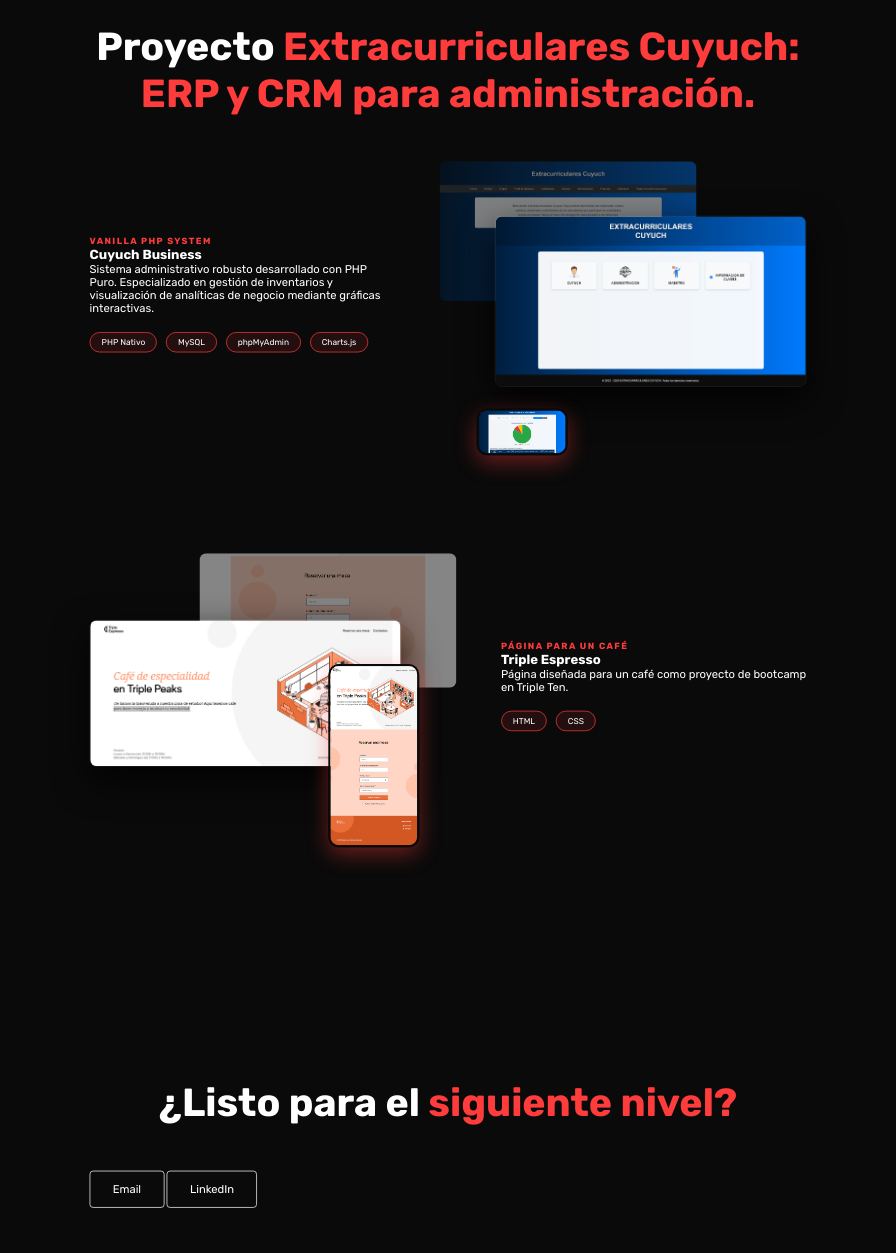
Repository: hercules830/Mi-portfolio-profesional
Page: index.html
The author's editor kept a copy of each file at every save. The page is drawn from the files as they stood at one save, then again after the next save.
The browser window is 1280 px wide. The pictures show the part of the page from y = 2148 to 4068 px (the page is 3938 px tall before and 4068 px after), at 70% of full size.
Some web fonts or font styles are not loaded; a fallback is used.

Above is the page before, as saved 2026-05-30 20:36:12.

After the next save:
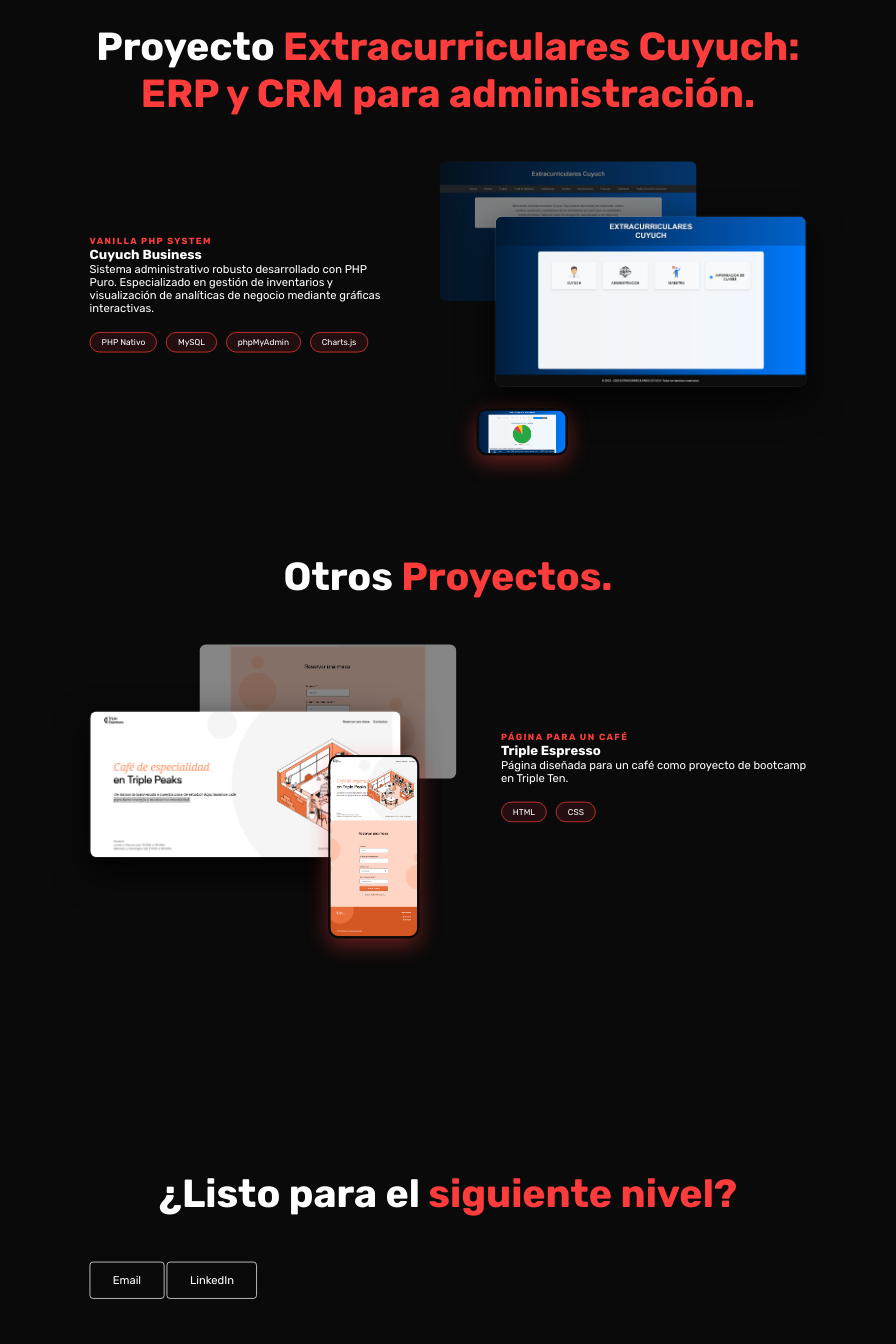
Saved 3 min 54 s later.
--- a/index.html
+++ b/index.html
@@ -143,6 +143,11 @@
         </div>
       </div>
 
+      <h2 class="section-title">
+        Otros
+        <span>Proyectos.</span>
+      </h2>
+
       <!-- PROYECTO 3: Triple Expresso (HTML, CSS) -->
       <div class="featured-project">
         <div class="featured-img-container">
